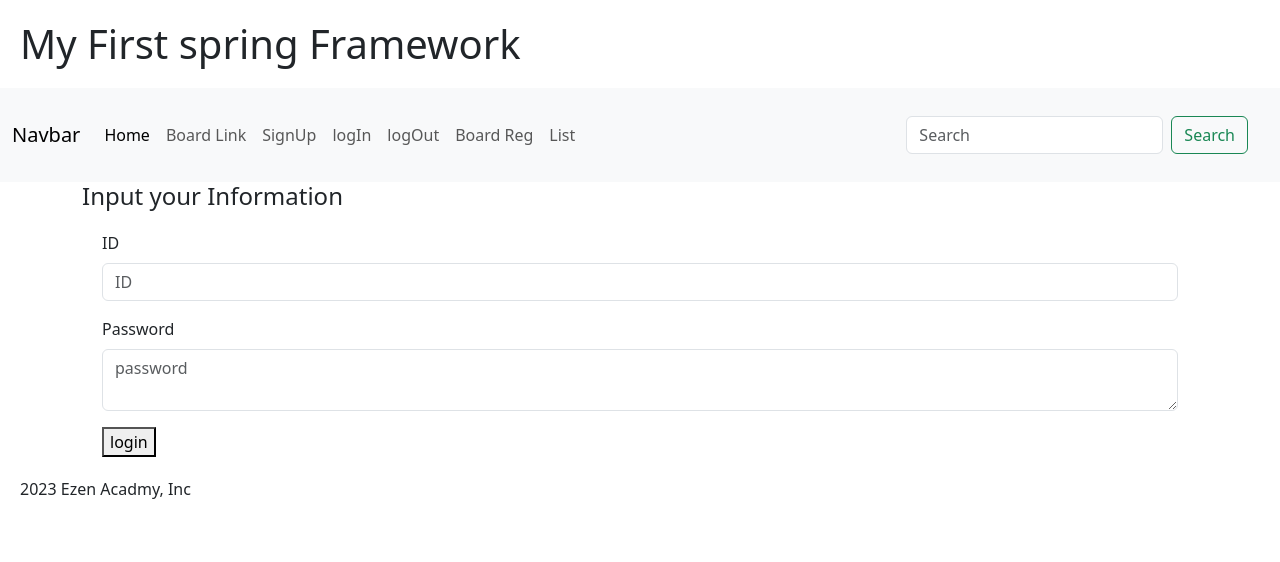
Repository: fbsrb458/link
Page: http://localhost/springProject/WEB-INF/views/member/login.jsp
These files come from the project's save history. The page is drawn as it stood at one moment and after the next save; the edit follows.
The browser window is 1280 px wide. The pictures show the whole page.
The page is served by Tomcat 9. Nobody is signed in. Other server files are loaded and not shown. The template is opened directly, without the code that normally fills it, so the values that code supplies are empty.

Above is the page before, as saved 2023-10-27 12:15:44.

### springProject/src/main/webapp/WEB-INF/views/member/login.jsp
<%@ page language="java" contentType="text/html; charset=UTF-8"
    pageEncoding="UTF-8"%>
<!DOCTYPE html>
<html>
<head>
<meta charset="UTF-8">
<title>Insert title here</title>
<link href="https://cdn.jsdelivr.net/npm/bootstrap@5.3.1/dist/css/bootstrap.min.css" rel="stylesheet" integrity="sha384-4bw+/aepP/YC94hEpVNVgiZdgIC5+VKNBQNGCHeKRQN+PtmoHDEXuppvnDJzQIu9" crossorigin="anonymous">
<script src="https://cdn.jsdelivr.net/npm/bootstrap@5.3.1/dist/js/bootstrap.bundle.min.js" integrity="sha384-HwwvtgBNo3bZJJLYd8oVXjrBZt8cqVSpeBNS5n7C8IVInixGAoxmnlMuBnhbgrkm" crossorigin="anonymous"></script>
</head>
<body>
<jsp:include page="../common/header.jsp" />
<jsp:include page="../common/nav.jsp" />
<div class="container">
<h4 class="mb-3">Input your Information</h4>
<form action="/member/login" method="post" >
		<div class="mb-3">
		  <label for="I" class="form-label">ID</label>
		  <input type="text" class="form-control" name="ID" id="i" placeholder="ID">
		</div>
		<div class="mb-3">
		  <label for="p" class="form-label">Password</label>
		  <textarea type="password" class="form-control" name="pwd" id="p" placeholder="password"></textarea>
		</div>
		<button type="submit">login</button>
</form>
</div>



</body>
<jsp:include page="../common/footer.jsp" />
</html>

### springProject/src/main/webapp/WEB-INF/views/common/header.jsp
<%@ page language="java" contentType="text/html; charset=UTF-8"
    pageEncoding="UTF-8"%>
    <%@ taglib uri="http://java.sun.com/jsp/jstl/core" prefix="c" %>
<!DOCTYPE html>
<html>
<head>

<meta charset="UTF-8">
<title>Insert title here</title>
<style type="text/css">
h1,p,h3,form{
margin: 20px
}</style>
</head>
<body>


<h1>My First spring Framework</h1>



</body>
</html>

### springProject/src/main/webapp/WEB-INF/views/common/nav.jsp
<%@ page language="java" contentType="text/html; charset=UTF-8"
    pageEncoding="UTF-8"%>
    <%@ taglib uri="http://java.sun.com/jsp/jstl/core" prefix="c" %>
<!DOCTYPE html>
<html>
<head>
<meta charset="UTF-8">
<title>Insert title here</title>
</head>
<body>
<header>
<nav class="navbar navbar-expand-lg bg-body-tertiary">
  <div class="container-fluid">
    <a class="navbar-brand" href="#">Navbar</a>
    <button class="navbar-toggler" type="button" data-bs-toggle="collapse" data-bs-target="#navbarSupportedContent" aria-controls="navbarSupportedContent" aria-expanded="false" aria-label="Toggle navigation">
      <span class="navbar-toggler-icon"></span>
    </button>
    <div class="collapse navbar-collapse" id="navbarSupportedContent">
      <ul class="navbar-nav me-auto mb-2 mb-lg-0">
        <li class="nav-item">
          <a class="nav-link active" aria-current="page" href="#">Home</a>
        </li>

        <li class="nav-item">
          <a class="nav-link" href="#">Board Link</a>
        </li>

         <li class="nav-item">
          <a class="nav-link" href="/member/register">SignUp</a>
        </li>

        <li class="nav-item">
          <a class="nav-link" href="/member/login">logIn</a>
        </li>

        <li class="nav-item">
          <a class="nav-link" href="/member/logout">logOut</a>
        </li>

  		  <li class="nav-item">
          <a class="nav-link" href="/board/register">Board Reg</a>
        </li>

         <li class="nav-item">
          <a class="nav-link" href="/board/list">List</a>
        </li>


      </ul>
      <form class="d-flex" role="search">
        <input class="form-control me-2" type="search" placeholder="Search" aria-label="Search">
        <button class="btn btn-outline-success" type="submit">Search</button>
      </form>
    </div>
  </div>
</nav>
</header>
</body>
</html>

### springProject/src/main/webapp/WEB-INF/views/common/footer.jsp
<%@ page language="java" contentType="text/html; charset=UTF-8"
    pageEncoding="UTF-8"%>
    <%@ taglib uri="http://java.sun.com/jsp/jstl/core" prefix="c" %>
<!DOCTYPE html>
<html>
<head>

<meta charset="UTF-8">
<title>Insert title here</title>
</head>
<body>
<div>

	<p>2023 Ezen Acadmy, Inc</p>
</div>
</body>
</html>

After the next save:
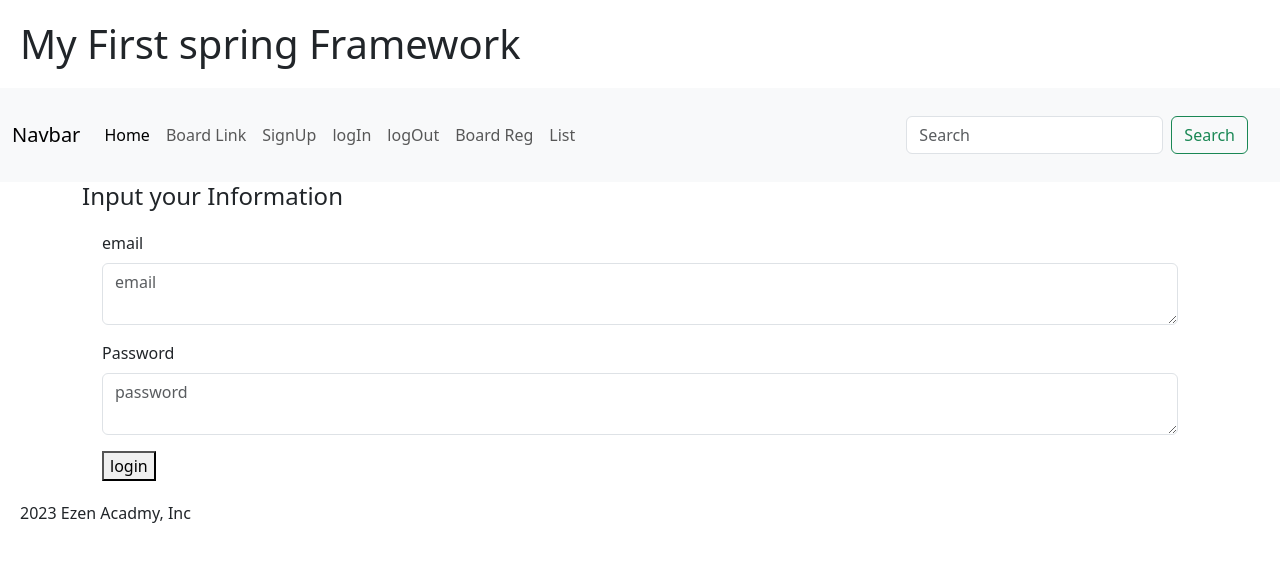
Saved 42 s later.
--- a/springProject/src/main/webapp/WEB-INF/views/member/login.jsp
+++ b/springProject/src/main/webapp/WEB-INF/views/member/login.jsp
@@ -15,13 +15,14 @@
 <h4 class="mb-3">Input your Information</h4>
 <form action="/member/login" method="post" >
 		<div class="mb-3">
-		  <label for="I" class="form-label">ID</label>
-		  <input type="text" class="form-control" name="ID" id="i" placeholder="ID">
+		  <label for="e" class="form-label">email</label>
+		  <textarea type="text" class="form-control" name="email" id="e" placeholder="email"></textarea>
 		</div>
 		<div class="mb-3">
 		  <label for="p" class="form-label">Password</label>
 		  <textarea type="password" class="form-control" name="pwd" id="p" placeholder="password"></textarea>
 		</div>
+
 		<button type="submit">login</button>
 </form>
 </div>
